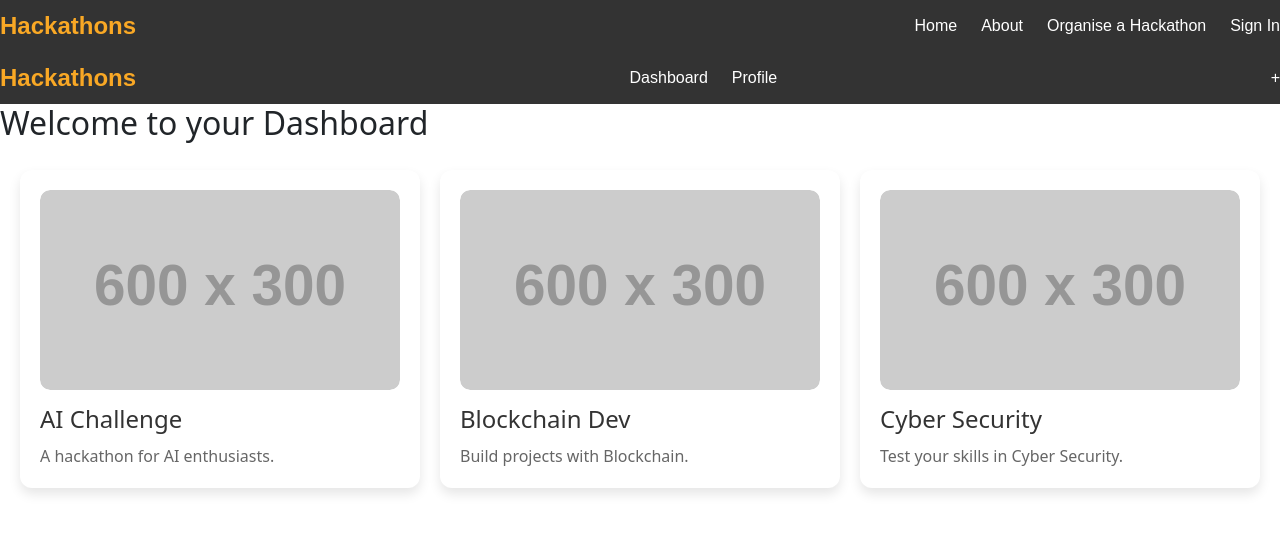
Repository: Ken-Kanike/RUBIX25_41_TECHTITANS
Page: /dashboard (app in backend/client/)
These files come from the project's save history. The page is drawn as it stood at one moment and after the next save; the edit follows.
The browser window is 1280 px wide. The pictures show the whole page.
The project was rebuilt for these pictures with package versions that can differ from the ones it lists, and the page was loaded fresh each time. Also part of the build but not shown: backend/client/src/homepage.js, backend/client/src/signin.js.

Above is the page before, as saved 2025-01-23 01:42:08.

After the next save:
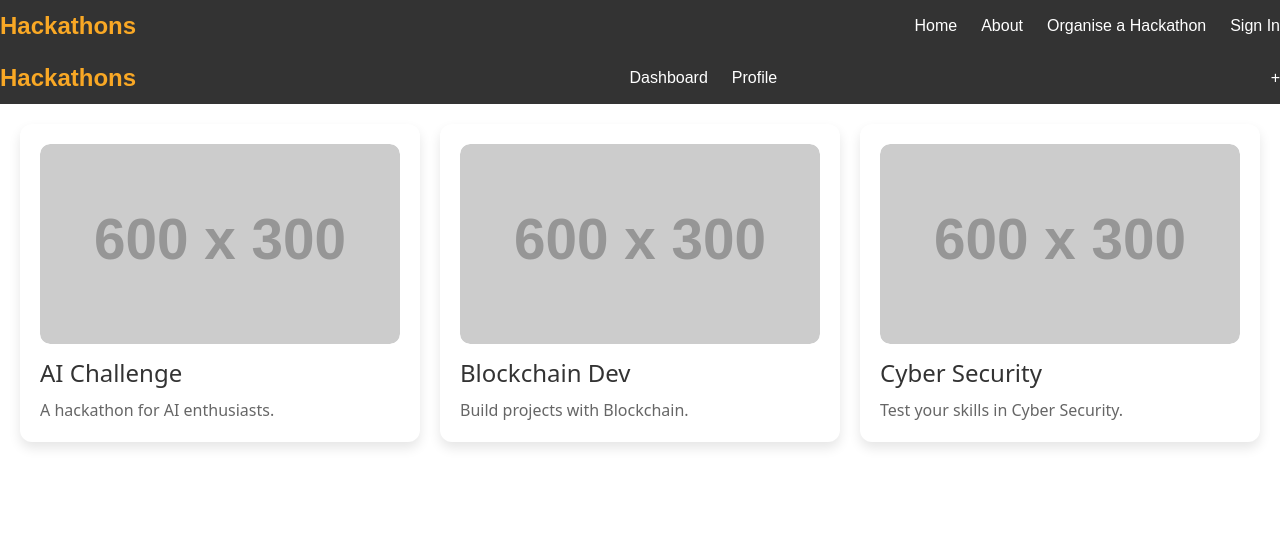
Saved 27 s later.
--- a/backend/client/src/dashboardUSER.js
+++ b/backend/client/src/dashboardUSER.js
@@ -13,7 +13,6 @@ const Dashboard = () => {
         <div>
             <Navbar />
             <div className="dashboard-container">
-                <h2>Welcome to your Dashboard</h2>
                 <div className="hackathon-cards">
                     {hackathons.map((hackathon, index) => (
                         <div className="hackathon-card" key={index}>
